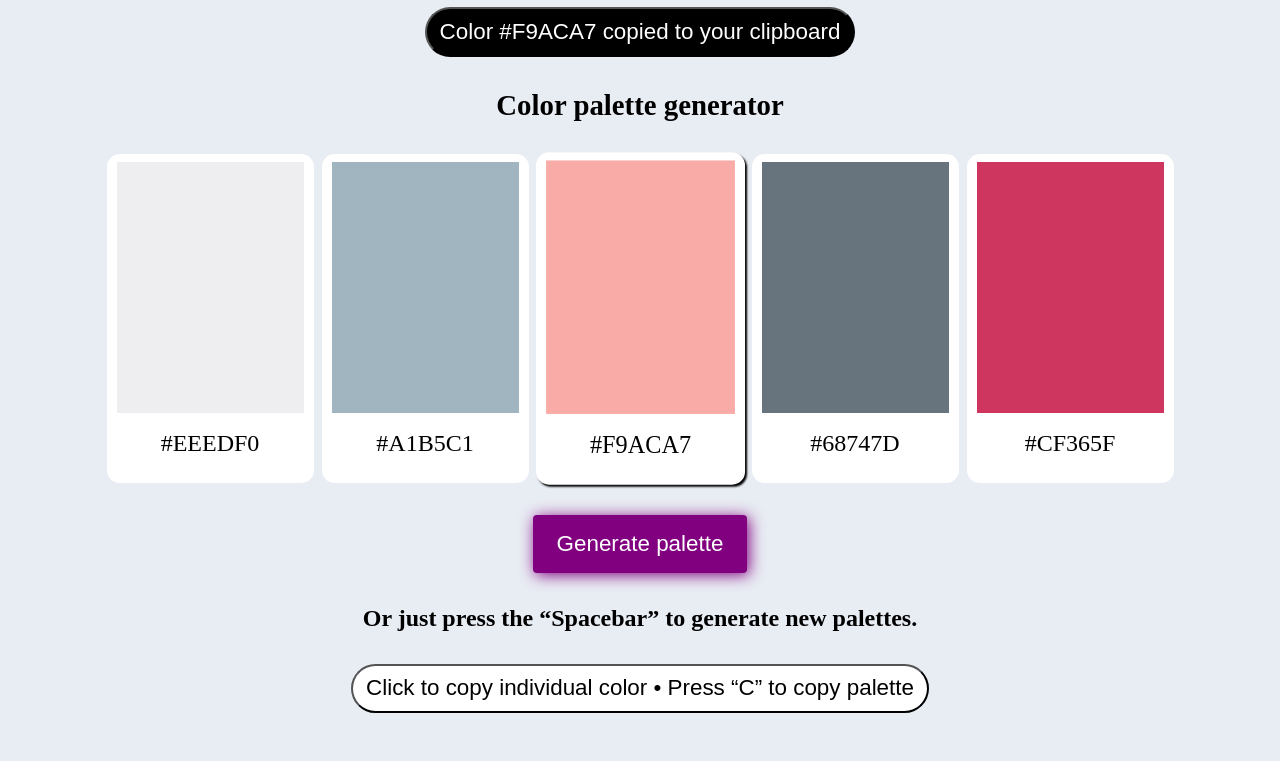
Repository: Hcmwebs/Color-Palette-Generator
Page: index.html
An editor plug-in stored every save of this project. The page is shown before and after the next save, followed by the edit.
The browser window is 1280 px wide. The pictures show the whole page.

Above is the page before, as saved 2020-07-07 12:42:44.

After the next save:
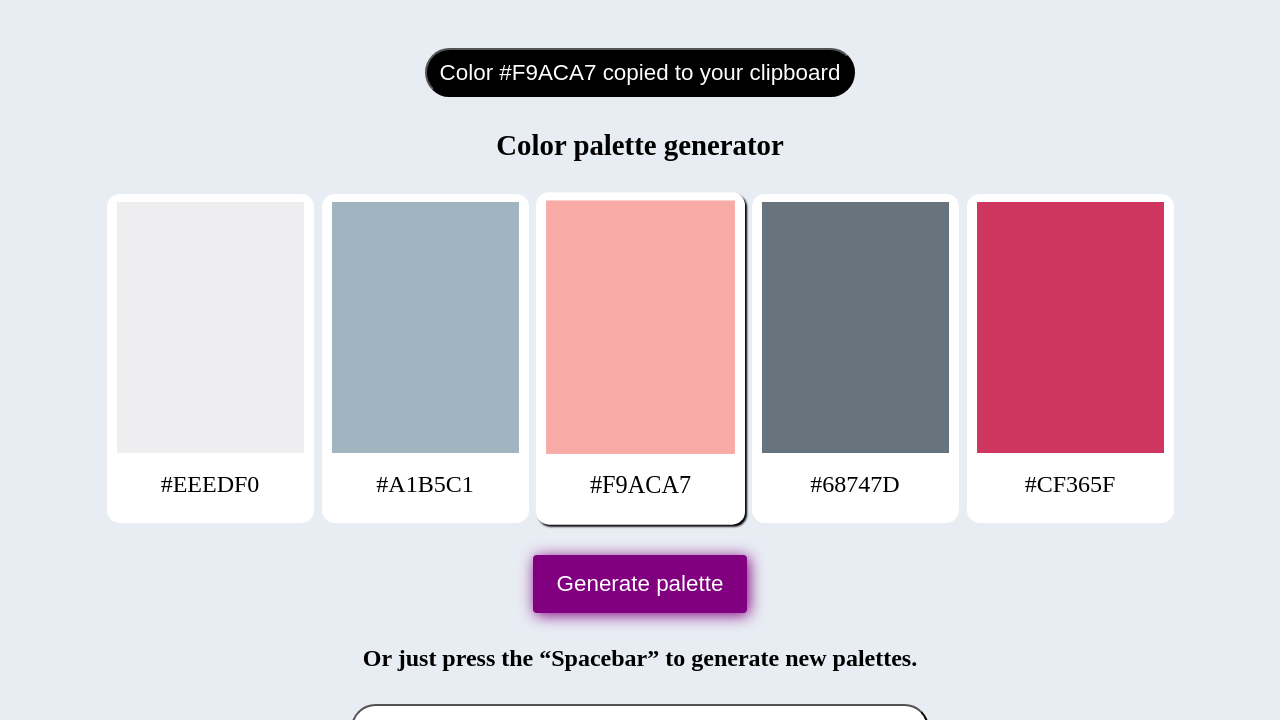
Saved 2 min 18 s later.
--- a/styles.css
+++ b/styles.css
@@ -29,7 +29,7 @@ h3{
 .container{
     width: 1400px;
     max-width: 100%;
-    overflow: hidden
+    overflow: hidden;
     margin: auto;
     padding: 3rem 0;
     display: flex;
